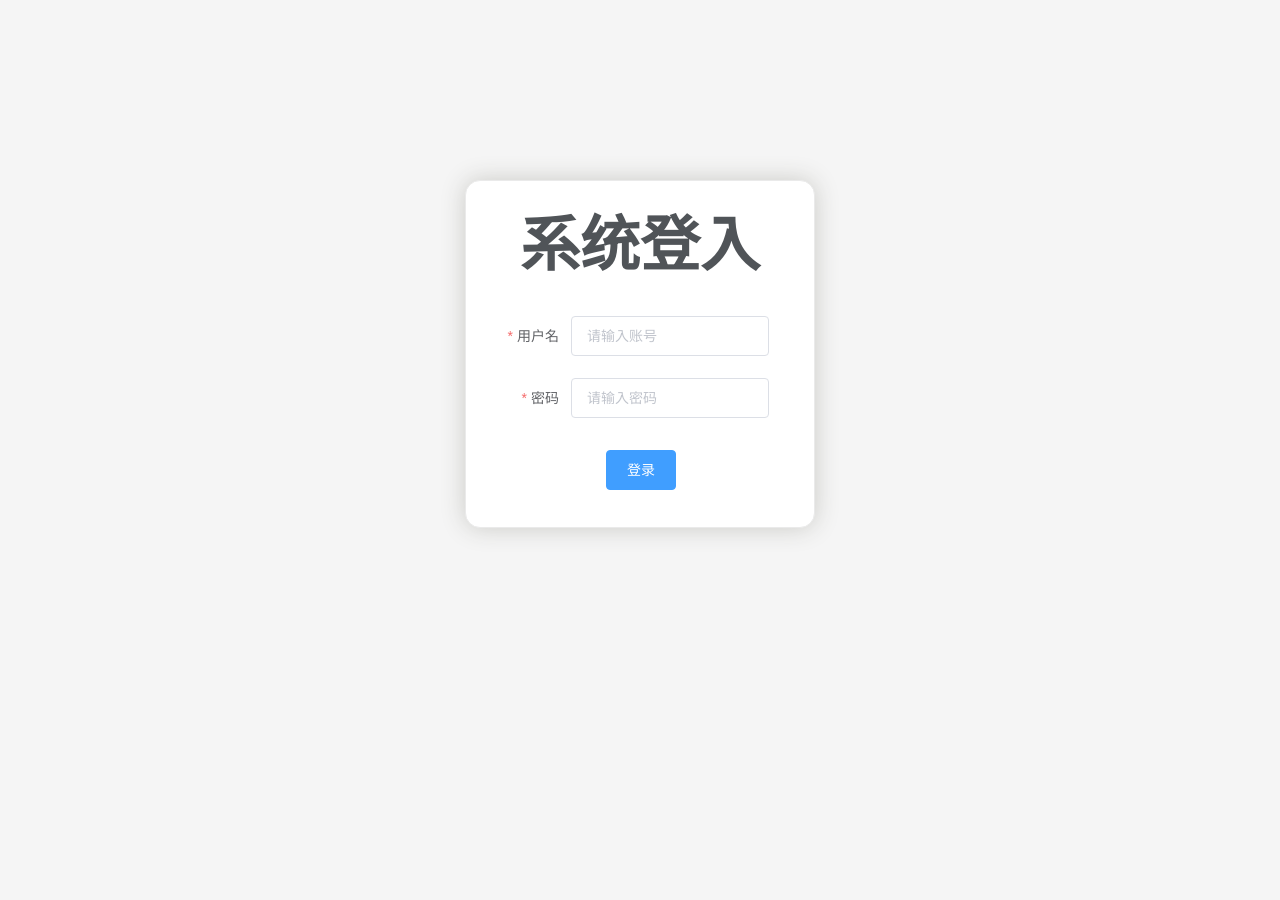
Repository: wangtao20230308/-
Page: /login
The author's editor kept a copy of each file at every save. The page is drawn from the files as they stood at one save, then again after the next save.
The browser window is 1280 px wide. The pictures show the whole page.
The project was rebuilt for these pictures with package versions that can differ from the ones it lists, and the page was loaded fresh each time. Also part of the build but not shown: src/components/CommonAside.vue, src/components/CommonHeader.vue, src/components/commonTag.vue, src/views/Main.vue, src/utils/requst.js, src/api/index.js, src/views/Home.vue, src/views/User.vue and 3 more.

Above is the page before, as saved 2023-03-27 15:02:31.

### src/main.js
import Vue from 'vue'
import App from './App.vue'
// //element-ui全局引入
// import ElementUI from 'element-ui';
// import 'element-ui/lib/theme-chalk/index.css';
// //element-ui转换成一个插件
// Vue.use(ElementUI);

//ele按需导入
import {
  Pagination,
  MessageBox,
  DatePicker,
  Select,
  Option,
  Form,
  FormItem,
  Input,
  Dialog,
  Tag,
  Breadcrumb,
  BreadcrumbItem,
  Table,
  TableColumn,
  Col,
  Row,
  Card,
  Button,
  Radio,
  Container,
  Aside,
  Header,
  Main,
  Menu,
  Submenu,
  MenuItemGroup,
  MenuItem,
  Dropdown,
  DropdownMenu,
  DropdownItem,
} from 'element-ui'
import 'element-ui/lib/theme-chalk/index.css'
import './assets/less/index.less'
Vue.use(Button)
Vue.use(Radio)
Vue.use(Container)
Vue.use(Aside)
Vue.use(Header)
Vue.use(Main)
Vue.use(Menu)
Vue.use(Submenu)
Vue.use(MenuItemGroup)
Vue.use(MenuItem)
Vue.use(Dropdown)
Vue.use(DropdownMenu)
Vue.use(DropdownItem)
Vue.use(Card)
Vue.use(Row)
Vue.use(Col)
Vue.use(Table)
Vue.use(TableColumn)
Vue.use(Breadcrumb)
Vue.use(BreadcrumbItem)
Vue.use(Tag)
Vue.use(Dialog)
Vue.use(Form)
Vue.use(FormItem)
Vue.use(Input)
Vue.use(Select)
Vue.use(Option)
Vue.use(DatePicker)
Vue.use(Pagination)

Vue.component(MessageBox.name, MessageBox) // 全局注册组件， 若使用Vue.use()会再初始时候执行一次，有bug
Vue.prototype.$message = MessageBox // 挂载到vm实例上
Vue.prototype.$confirm = MessageBox // 挂载到vm实例上

//路由引入
import router from './router'
import store from './store'
import './api/mock'

Vue.config.productionTip = false

new Vue({
  router,
  store, //把store挂载到vue实例上
  render: (h) => h(App),
}).$mount('#app')

### src/App.vue
<template>
  <div id="app">
    <router-view></router-view>
  </div>
</template>

<script>
//import HelloWorld from './components/HelloWorld.vue'

export default {
  name: 'App',
  components: {
    //HelloWorld
  },
}
</script>

<style lang="less">
html,
body,
h3,
p {
  padding: 0;
  margin: 0;
}
#app {
  height: 100vh;
}
</style>

### src/router/index.js
//import { hasOwnMetadata } from 'core-js/fn/reflect'
import Vue from 'vue'
import VueRouter from 'vue-router'
import Main from '../views/Main.vue'
import Home from '../views/Home.vue'
import User from '../views/User.vue'
import Mall from '../views/Mall.vue'
import PageOne from '../views/PageOne.vue'
import PageTwo from '../views/PageTwo.vue'
import Login from '../views/Login.vue'

Vue.use(VueRouter)

const routes = [
  //主路由
  {
    path: '/',
    name: 'Main',
    //按需引入组件
    //原型：component: import()
    component: Main,
    redirect: '/home',
    children: [
      //子路由（嵌套路由）
      {
        //首页
        path: 'home',
        name: 'home',
        component: Home,
      },
      {
        //用户页
        path: 'user',
        name: 'user',
        component: User,
      },
      {
        //商品管理
        path: 'mall',
        name: 'mall',
        component: Mall,
      },
      {
        //页面1
        path: 'page1',
        name: 'page1',
        component: PageOne,
      },
      {
        //页面2
        path: 'page2',
        name: 'page2',
        component: PageTwo,
      },
      // {
      //   path: '/user',
      //   name: 'user',
      //   //按需引入组件
      //   //原型：component: import()
      //   component: () => import('../views/User')
      // }
    ],
  },
  //登入页面Login
  {
    path: '/login',
    name: 'login',
    component: Login,
  },
]

// new VueRouter({
//   mode: 'history',
// })
const router = new VueRouter({
  mode: 'history',
  routes,
})

//导出路由
export default router

### src/store/index.js
import Vue from 'vue'
import Vuex from 'vuex'
import tab from './tab'

//全局注入状态管理vuex
Vue.use(Vuex)

//创建vuex的实例
export default new Vuex.Store({
  modules: {
    tab,
  },
})

### src/api/mock.js
import Mock from 'mockjs'
import homeApi from './mockServeData/home'
import user from './mockServeData/user'

//定义mock请求拦截
// Mock.mock('/api/home/getData', 'get', function () {
//   //拦截到请求后的处理逻辑
//   console.log('拦截到了')
//   return 1
// })
Mock.mock('/api/home/getData', 'get', homeApi.getStatisticalData)

//用户列表的数据
Mock.mock('/api/user/add', 'post', user.createUser) //新增
Mock.mock('/api/user/edit', 'post', user.updateUser) //编辑
Mock.mock('/api/user/del', 'post', user.deleteUser) //删除
Mock.mock(/api\/user\/getUser/, 'get', user.getUserList) //获取表格数据

### src/assets/less/home.less
.home {
    .user {
      display: flex;
      align-items: center;
      padding-bottom: 20px;
      margin-bottom: 20px;
      border-bottom: 1px solid #ccc;
      img {
        width: 150px;
        height: 150px;
        border-radius: 50%;
        margin-right: 40px;
      }
      &info {
        .name {
          font-size: 32px;
          margin-bottom: 10px;
        }
        .access {
          color: #999999;
        }
      }
    }
    .login-info {
      p {
        line-height: 28px;
        font-size: 14px;
        color: #999999;
        span {
          color: #666666;
          margin-left: 60px;
        }
      }
    }
    .num {
      display: flex;
      flex-wrap: wrap;
      justify-content: space-between;
      .el-card {
        width: 32%;
        margin-bottom: 20px;
      }
      .icon {
        font-size: 30px;
        width: 80px;
        height: 80px;
        text-align: center;
        line-height: 80px;
        color: #fff;
      }
      .detail {
        margin-left: 15px;
        display: flex;
        flex-direction: column;
        justify-content: center;
        .num {
          font-size: 30px;
          margin-bottom: 10px;
        }
        .txt {
          font-size: 14px;
          text-align: center;
          color: #999999;
        }
      }
    }
    .graph {
      margin-top: 20px;
      display: flex;
      justify-content: space-between;
      .el-card {
        width: 48%;
      }
    }
  }

### src/views/Login.vue
<template>
  <div>
    <el-form :model="form" :rules="rules" :inline="true" class="login_container" label-width="70px">
      <h3 class="login_title">系统登入</h3>
      <el-form-item label="用户名" prop="userName">
        <el-input placeholder="请输入账号" v-model="form.userName"></el-input>
      </el-form-item>
      <el-form-item label="密码" prop="passWord">
        <el-input placeholder="请输入密码" v-model="form.passWord" type="password"></el-input>
      </el-form-item>
      <el-form-item>
        <el-button type="primary" @click="onSubmit" style="margin-left: 105px; margin-top: 10px">登录</el-button>
      </el-form-item>
    </el-form>
  </div>
</template>

<script>
export default {
  data() {
    return {
      form: {
        userName: '',
        passWord: '',
      },
      rules: {
        userName: [{ required: true, message: '请输入用户名', trigger: 'blur' }],
        passWord: [{ required: true, message: '请输入密码', trigger: 'blur' }],
      },
    }
  },
}
</script>

<style lang="less" scoped>
.login_container {
  width: 350px;
  border: 1px solid #eaeaea;
  margin: 180px auto;
  background-color: #fff;
  border-radius: 15px;
  box-shadow: 0 0 25px #cacac6;
  padding: 35px 35px 15px 35px;
  box-sizing: border-box;
  .el-input {
    width: 198px;
  }
  .login_title {
    font-size: 60px;
    font-weight: 700;
    text-align: center;
    margin-bottom: 40px;
    color: #505458;
  }
}
</style>

### src/store/tab.js
//用来管理菜单的数据
export default {
  state: {
    isCollapse: false, // 控制菜单的展开还是收起
    tabsList: [
      {
        path: '/',
        name: 'home',
        label: '首页',
        icon: 's-home',
        url: 'Home/Home',
      },
    ], //面包屑数据
  },
  mutations: {
    //修改菜单展开收起的方法
    collapseMenu(state) {
      state.isCollapse = !state.isCollapse
    },
    //更新面包屑数据
    selectMenu(state, val) {
      //判断添加的数据是否为首页
      if (val.name !== 'home') {
        const index = state.tabsList.findIndex((item) => item.name === val.name)
        //如果不存在
        if (index === -1) {
          state.tabsList.push(val)
        }
      }
    },
    //删除指定的tag数据
    closeTag(state, item) {
      console.log(item, 'item')
      const index = state.tabsList.findIndex((val) => val.name === item.name)
      state.tabsList.splice(index, 1)
    },
  },
}

### src/api/mockServeData/home.js
// mock数据模拟
import Mock from 'mockjs'

// 图表数据
let List = []
export default {
  getStatisticalData: () => {
    //Mock.Random.float 产生随机数100到8000之间 保留小数 最小0位 最大0位
    for (let i = 0; i < 7; i++) {
      List.push(
        Mock.mock({
          苹果: Mock.Random.float(100, 8000, 0, 0),
          vivo: Mock.Random.float(100, 8000, 0, 0),
          oppo: Mock.Random.float(100, 8000, 0, 0),
          魅族: Mock.Random.float(100, 8000, 0, 0),
          三星: Mock.Random.float(100, 8000, 0, 0),
          小米: Mock.Random.float(100, 8000, 0, 0),
        })
      )
    }
    return {
      code: 20000,
      data: {
        // 饼图
        videoData: [
          {
            name: '小米',
            value: 2999,
          },
          {
            name: '苹果',
            value: 5999,
          },
          {
            name: 'vivo',
            value: 1500,
          },
          {
            name: 'oppo',
            value: 1999,
          },
          {
            name: '魅族',
            value: 2200,
          },
          {
            name: '三星',
            value: 4500,
          },
        ],
        // 柱状图
        userData: [
          {
            date: '周一',
            new: 5,
            active: 200,
          },
          {
            date: '周二',
            new: 10,
            active: 500,
          },
          {
            date: '周三',
            new: 12,
            active: 550,
          },
          {
            date: '周四',
            new: 60,
            active: 800,
          },
          {
            date: '周五',
            new: 65,
            active: 550,
          },
          {
            date: '周六',
            new: 53,
            active: 770,
          },
          {
            date: '周日',
            new: 33,
            active: 170,
          },
        ],
        // 折线图
        orderData: {
          date: ['20191001', '20191002', '20191003', '20191004', '20191005', '20191006', '20191007'],
          data: List,
        },
        //表格数据
        tableData: [
          {
            name: 'oppo',
            todayBuy: 500,
            monthBuy: 3500,
            totalBuy: 22000,
          },
          {
            name: 'vivo',
            todayBuy: 300,
            monthBuy: 2200,
            totalBuy: 24000,
          },
          {
            name: '苹果',
            todayBuy: 800,
            monthBuy: 4500,
            totalBuy: 65000,
          },
          {
            name: '小米',
            todayBuy: 1200,
            monthBuy: 6500,
            totalBuy: 45000,
          },
          {
            name: '三星',
            todayBuy: 300,
            monthBuy: 2000,
            totalBuy: 34000,
          },
          {
            name: '魅族',
            todayBuy: 350,
            monthBuy: 3000,
            totalBuy: 22000,
          },
        ],
      },
    }
  },
}

### src/api/mockServeData/user.js
import Mock from 'mockjs'

// get请求从config.url获取参数，post从config.body中获取参数
function param2Obj(url) {
  const search = url.split('?')[1]
  if (!search) {
    return {}
  }
  return JSON.parse('{"' + decodeURIComponent(search).replace(/"/g, '\\"').replace(/&/g, '","').replace(/=/g, '":"') + '"}')
}

let List = []
const count = 200

for (let i = 0; i < count; i++) {
  List.push(
    Mock.mock({
      id: Mock.Random.guid(),
      name: Mock.Random.cname(),
      addr: Mock.mock('@county(true)'),
      'age|18-60': 1,
      birth: Mock.Random.date(),
      sex: Mock.Random.integer(0, 1),
    })
  )
}

export default {
  /**
   * 获取列表
   * 要带参数 name, page, limt; name可以不填, page,limit有默认值。
   * @param name, page, limit
   * @return {{code: number, count: number, data: *[]}}
   */
  getUserList: (config) => {
    const { name, page = 1, limit = 20 } = param2Obj(config.url)
    console.log('name:' + name, 'page:' + page, '分页大小limit:' + limit)
    const mockList = List.filter((user) => {
      if (name && user.name.indexOf(name) === -1 && user.addr.indexOf(name) === -1) return false
      return true
    })
    const pageList = mockList.filter((item, index) => index < limit * page && index >= limit * (page - 1))
    return {
      code: 20000,
      count: mockList.length,
      list: pageList,
    }
  },
  /**
   * 增加用户
   * @param name, addr, age, birth, sex
   * @return {{code: number, data: {message: string}}}
   */
  createUser: (config) => {
    const { name, addr, age, birth, sex } = JSON.parse(config.body)
    console.log(JSON.parse(config.body))
    List.unshift({
      id: Mock.Random.guid(),
      name: name,
      addr: addr,
      age: age,
      birth: birth,
      sex: sex,
    })
    return {
      code: 20000,
      data: {
        message: '添加成功',
      },
    }
  },
  /**
   * 删除用户
   * @param id
   * @return {*}
   */
  deleteUser: (config) => {
    const { id } = JSON.parse(config.body)
    if (!id) {
      return {
        code: -999,
        message: '参数不正确',
      }
    } else {
      List = List.filter((u) => u.id !== id)
      return {
        code: 20000,
        message: '删除成功',
      }
    }
  },
  /**
   * 批量删除
   * @param config
   * @return {{code: number, data: {message: string}}}
   */
  batchremove: (config) => {
    let { ids } = param2Obj(config.url)
    ids = ids.split(',')
    List = List.filter((u) => !ids.includes(u.id))
    return {
      code: 20000,
      data: {
        message: '批量删除成功',
      },
    }
  },
  /**
   * 修改用户
   * @param id, name, addr, age, birth, sex
   * @return {{code: number, data: {message: string}}}
   */
  updateUser: (config) => {
    const { id, name, addr, age, birth, sex } = JSON.parse(config.body)
    const sex_num = parseInt(sex)
    List.some((u) => {
      if (u.id === id) {
        u.name = name
        u.addr = addr
        u.age = age
        u.birth = birth
        u.sex = sex_num
        return true
      }
    })
    return {
      code: 20000,
      data: {
        message: '编辑成功',
      },
    }
  },
}

Loaded but not shown: public/index.html (common file); src/assets/less/index.less (common file); src/assets/less/common.less (common file); src/assets/less/reset.less (common file)

After the next save:
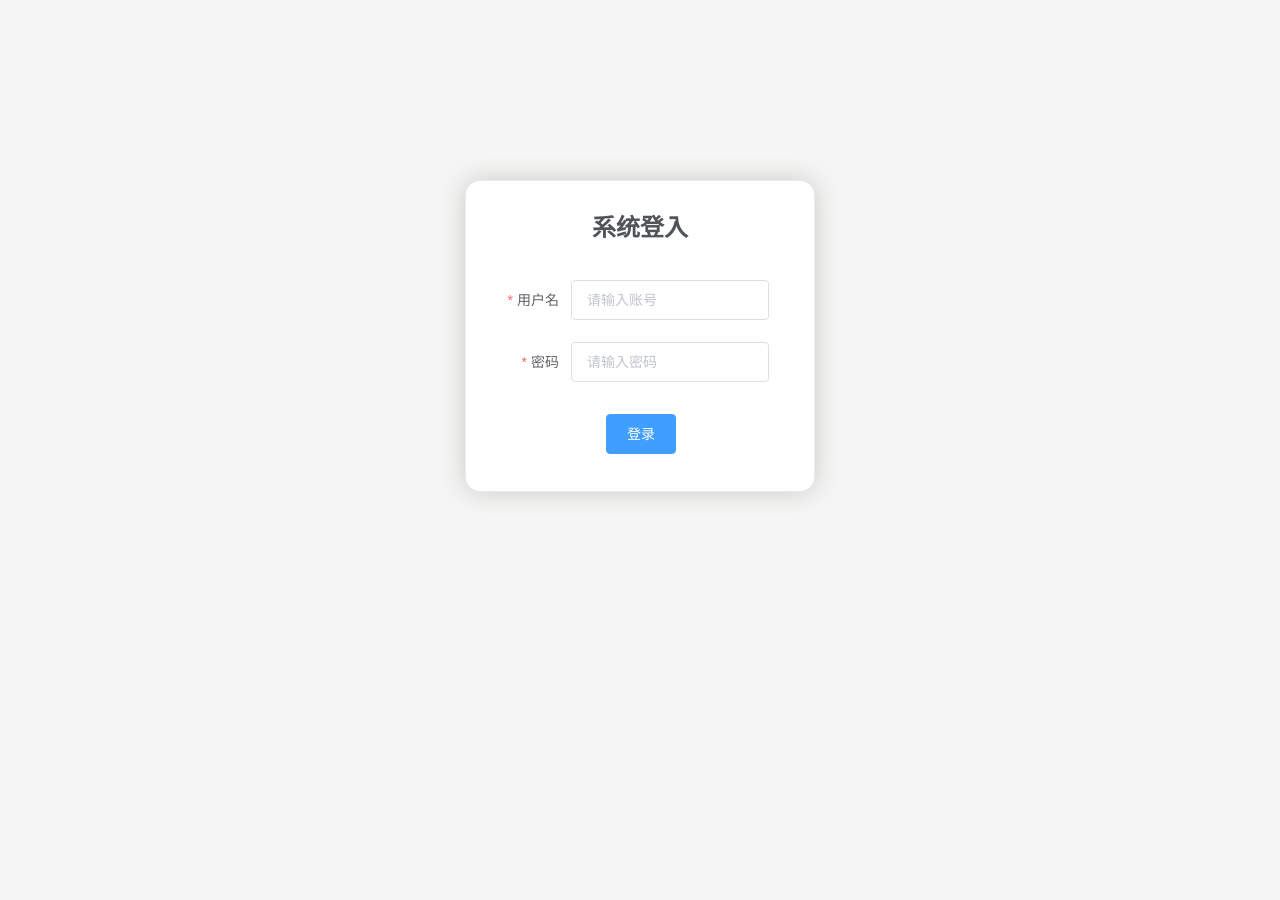
Saved 10 s later.
--- a/src/views/Login.vue
+++ b/src/views/Login.vue
@@ -46,7 +46,7 @@ export default {
     width: 198px;
   }
   .login_title {
-    font-size: 60px;
+    font-size: 24px;
     font-weight: 700;
     text-align: center;
     margin-bottom: 40px;
